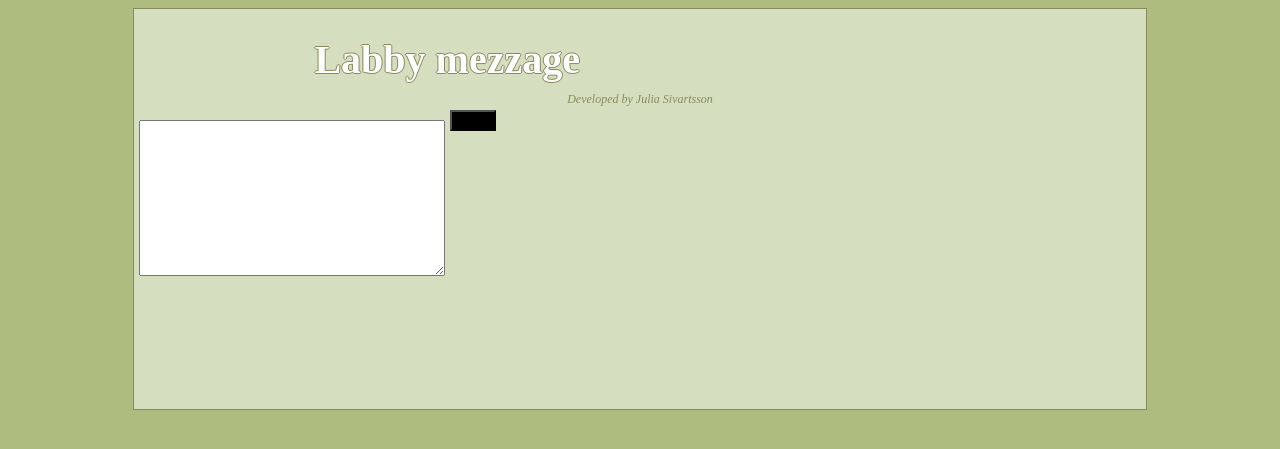
Repository: JuliaSivartsson/1dv403-jsigc09-laborationer
Page: 2-labbymezzage/Extraupgift/index.html
The author's editor kept a record of every edit. The page is drawn from the files as they stood at one moment, then again after the next edit.
The browser window is 1280 px wide. The pictures show the whole page.

Above is the page before.
Console error (its wording comes from the project's code and is left out).

### 2-labbymezzage/Extraupgift/index.html
<!DOCTYPE html>
<html lang="sv">
<head>
	<meta charset="UTF-8" />
    <link rel="stylesheet" type="text/css" href="css/style.css">
 	<title>Labby message</title>
</head>
    <body>
        <div id="content">
            <h1>Labby mezzage</h1>

            <div id="board1">
            </div>
            <div id="board2">
            </div>
        </div>

    	  <script src="js/MessageBoard.js"></script>
    	  <script src="js/Message.js"></script>

    </body>
<footer>
    <p>Developed by Julia Sivartsson</p>
</footer>
</html>

### 2-labbymezzage/Extraupgift/css/style.css
body{
    background-color: #AEBC80;
       font-family: serif;
       color: #8A8A5C;
}

h1{
   color: #fff;
   margin-left: 180px;
   font-size: 40px;
    text-shadow: -1px 0 #8A8A5C, 0 1px #8A8A5C, 1px 0 #8A8A5C, 0 -1px #8A8A5C;
}

#content{
    width: 80%;
    height: 400px;
    margin: 0 auto;
    border: 1px solid #8A8A5C;
    background-color: #D6DEC0;

}

#board1{
    float: left;
}

#board2{
    float: right;
}

#text{
    background-color: #fff;
}

#text p{
    font-size: 15px;
    margin: 0 30px;
    padding-top: 10px;
}

#viewmessages{
    background-color: #D6DEC0;
    padding-left: 10px;
}

textarea{
    margin: 10px 5px 0 5px;
    width: 300px;
    height: 150px;
}

footer{
    position: relative;
    top: -330px;
    width: 500px;
    height: 30px;
    margin: 0 auto;
}

footer p{
    font-size: 12px;
    font-style: italic;
    text-align: center;
}

.right{
    float: right;
    margin-right: 10px;
}

.button{
    background-color: #000;
    float: right;
}

.count{
    float: right;
    background-color: #000;
}
span{
    font-size: 10px;
}

### 2-labbymezzage/Extraupgift/js/MessageBoard.js
"use strict";

window.onload = function(){
    new MessageBoard("board1");
    new MessageBoard("board2");
    };

function MessageBoard(containerId){
    this.rootId = document.getElementById(containerId);
    this.messages = [];

    //Run methods on creation
    this.drawBoards();
    this.renderMessages();
}



MessageBoard.prototype.createMessage = function(){
        //Skapa nytt meddelande
        var text;
        var newMessage;

        text = this.rootId.getElementsByClassName("textarea")[0];
        console.log(text.value);

        //Är fältet tomt så händer ingenting
        if(text !== ""){
            newMessage = new Message(text, new Date());
        }



        this.messages.push(newMessage);
        this.renderMessages();

        text = "";
};

MessageBoard.prototype.renderMessage = function(messageID){
        //Skriv ut ETT meddelande

        var that = this;

        var mezzageShow = document.createElement("div");

        var viewmessages;
        var imgClock;
        var aClock;
        var imgRemove;
        var aRemove;
        var messageText;
        var spanTime;
        var time;
        var hr;



        MessageBoard.count();

    //Tidknapp
        imgClock = document.createElement("img");
        imgClock.setAttribute("src", "img/clock1.png");
        imgClock.setAttribute("alt", "Time");

        aClock = document.createElement("a");
        aClock.setAttribute("href", "#");
        aClock.setAttribute("class", "right");
        aClock.appendChild(imgClock);

        aClock.onclick = function(){
            alert(MessageBoard.messages[messageID].getDateText());
        };

    //Ta bort knapp
        imgRemove = document.createElement("img");
        imgRemove.setAttribute("src", "img/remove1.png");
        imgRemove.setAttribute("alt", "delete");

        aRemove = document.createElement("a");
        aRemove.setAttribute("href", "#");
        aRemove.setAttribute("class", "right");
        aRemove.appendChild(imgRemove);

        aRemove.onclick = function(){
            if(confirm("Are you sure you want to delete this message?")){
                MessageBoard.deleteMessage(messageID);
            }
            else{

            }
        };

    //Meddelandetext
        messageText = document.createElement("p");
        messageText.innerHTML = MessageBoard.messages[messageID].getHTMLText();
        var ourTime = new Date();

    //Tidsstämpel
        spanTime = document.createElement("span");
        time = ourTime.toLocaleTimeString();
        spanTime.innerHTML = time;

    //HR-tagg
        hr = document.createElement("hr");

        mezzageShow.appendChild(aClock);
        mezzageShow.appendChild(aRemove);
        mezzageShow.appendChild(messageText);
        mezzageShow.appendChild(spanTime);
        mezzageShow.appendChild(hr);

};

MessageBoard.prototype.renderMessages = function(){
        //Skriv ut ALLA meddelanden
        var that = this;

        var messageShow = document.getElementsByClassName("textarea")[0];
        var messageCount = document.getElementsByClassName("count")[0];

        //Rensar från tidigare utskrifter
        messageShow.innerHTML = "";
        messageCount = 0;

        var messageText = "";
        this.messages.forEach( function(message){

        });

        messageCount.innerHTML = this.count();
};

MessageBoard.prototype.deleteMessage = function(){
        //Radera meddelande
        MessageBoard.messages.splice(messageID, 1);
        MessageBoard.count();
        MessageBoard.renderMessages();
        //console.log("Deleted message " + messageID.innerHTML);
};

MessageBoard.prototype.count = function(){
        //Räknar antal meddelande
        return this.messages.length + " messages";
};


MessageBoard.prototype.drawBoards = function(){
            var that = this;
        var mezzageMain = document.createElement("div");
        mezzageMain.className = "text";
        this.rootId.appendChild(mezzageMain);

        var mezzageCount = document.createElement("div");
        mezzageCount.className = "count";
        this.rootId.appendChild(mezzageCount);

        var mezzageTextarea = document.createElement("textarea");
        mezzageTextarea.className = "textarea";
        mezzageTextarea.onkeypress = function(e){
            if(e.keyCode == 13 && !e.shiftKey){
                console.log("enter pressed");
                e.preventDefault();
                that.createMessage();
            }
        };

        this.rootId.appendChild(mezzageTextarea);

        that.count();

        //Referens till submit-knappen
        var mezzageButton = document.createElement("button");
        mezzageButton.className = "button";
        var buttonText = document.createTextNode("Skriv");
        mezzageButton.appendChild(buttonText);

        this.rootId.appendChild(mezzageButton);

        mezzageButton.onclick = function(e){
            that.createMessage();
        };

};

### 2-labbymezzage/Extraupgift/js/Message.js
"use strict";

function Message(message, date){

    this.getText = function(){
        return message;
    }

    this.setText = function(_text){
        message = _text;
    }

    this.getDate = function(){
        return date;
    }

    this.setDate = function(_date){
        date = _date;
    }

}

Message.prototype.toString = function(){
    return this.getText() + " ("+this.getDate()+")";
}

Message.prototype.getHTMLText = function(){
    return this.getText().replace(/[\n]/g, "<br />");
}

Message.prototype.getDateText = function(){
	var i = this.getDate().getMonth();
	var months = ["january", "february", "march", "april", "may", "june", "july", "august", "september", "october", "november", "december"];

	return	"Created "+this.getDate().getDate()+" " +months[i]+" "+this.getDate().getFullYear()+" at "+this.getDate().toLocaleTimeString();
}

After the next edit:
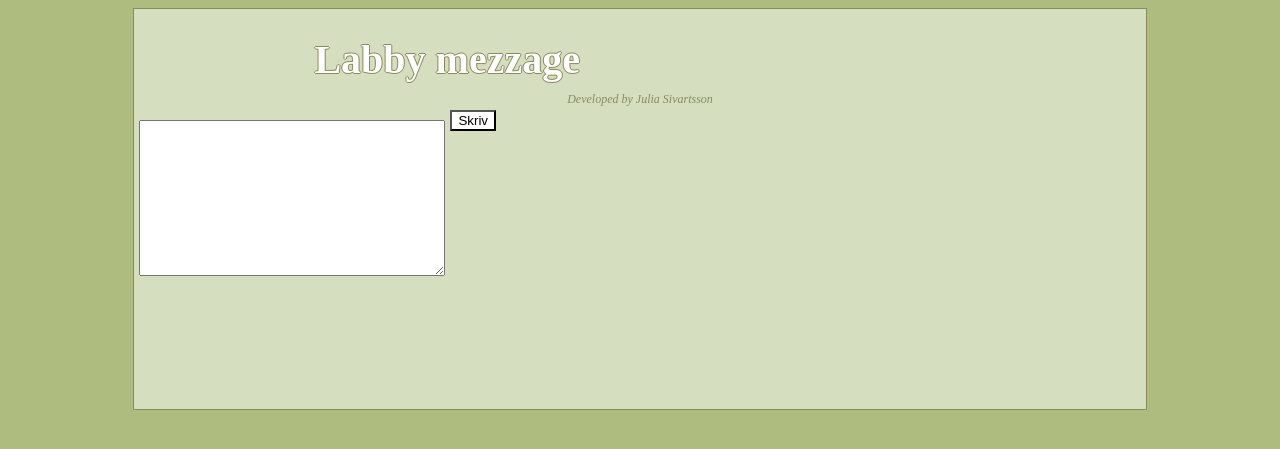
The edit:
--- a/2-labbymezzage/Extraupgift/css/style.css
+++ b/2-labbymezzage/Extraupgift/css/style.css
@@ -69,7 +69,7 @@
 }
 
 .button{
-    background-color: #000;
+    background-color: #fff;
     float: right;
 }
 
